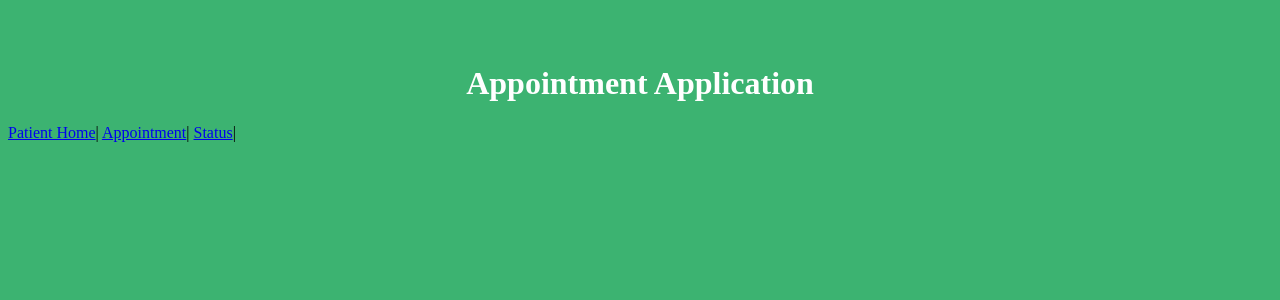
Repository: lsamirl/Exemples
Page: Doctor/WebContent/Doctor_home.html
The author's editor kept a copy of each file at every save. The page is drawn from the files as they stood at one save, then again after the next save.
The browser window is 1280 px wide. The pictures show the whole page.

Above is the page before, as saved 2021-06-29 01:16:05.

### Doctor/WebContent/Doctor_home.html
<html>
<body bgcolor="MediumSeaGreen ">
<br><br>
<h1 align="center" style="color:white;">Appointment Application</h1>

<table>
<a href="Pation_home.html">Patient Home</a>|
<a href="#">Appointment</a>|
<a href="#">Status</a>|

</table>
</body>
</html>

After the next save:
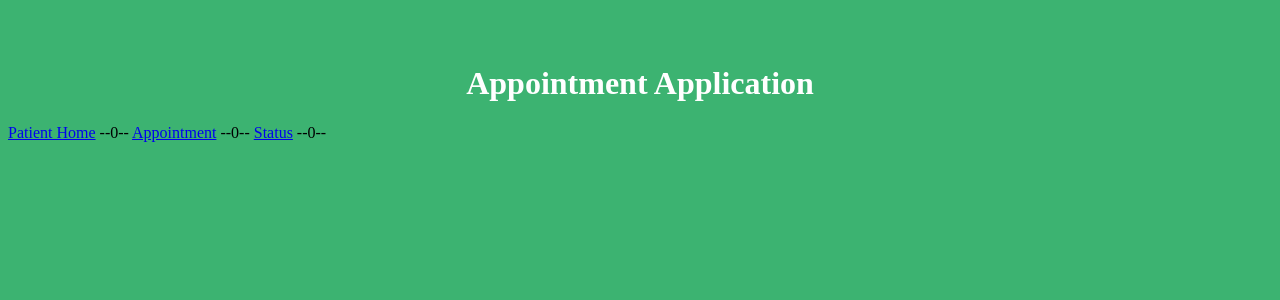
Saved 2 min 24 s later.
--- a/Doctor/WebContent/Doctor_home.html
+++ b/Doctor/WebContent/Doctor_home.html
@@ -4,9 +4,9 @@
 <h1 align="center" style="color:white;">Appointment Application</h1>
 
 <table>
-<a href="Pation_home.html">Patient Home</a>|
-<a href="#">Appointment</a>|
-<a href="#">Status</a>|
+<a href="Pation_home.html">Patient Home</a> --0--
+<a href="#">Appointment</a> --0--
+<a href="#">Status</a> --0--
 
 </table>
 </body>
